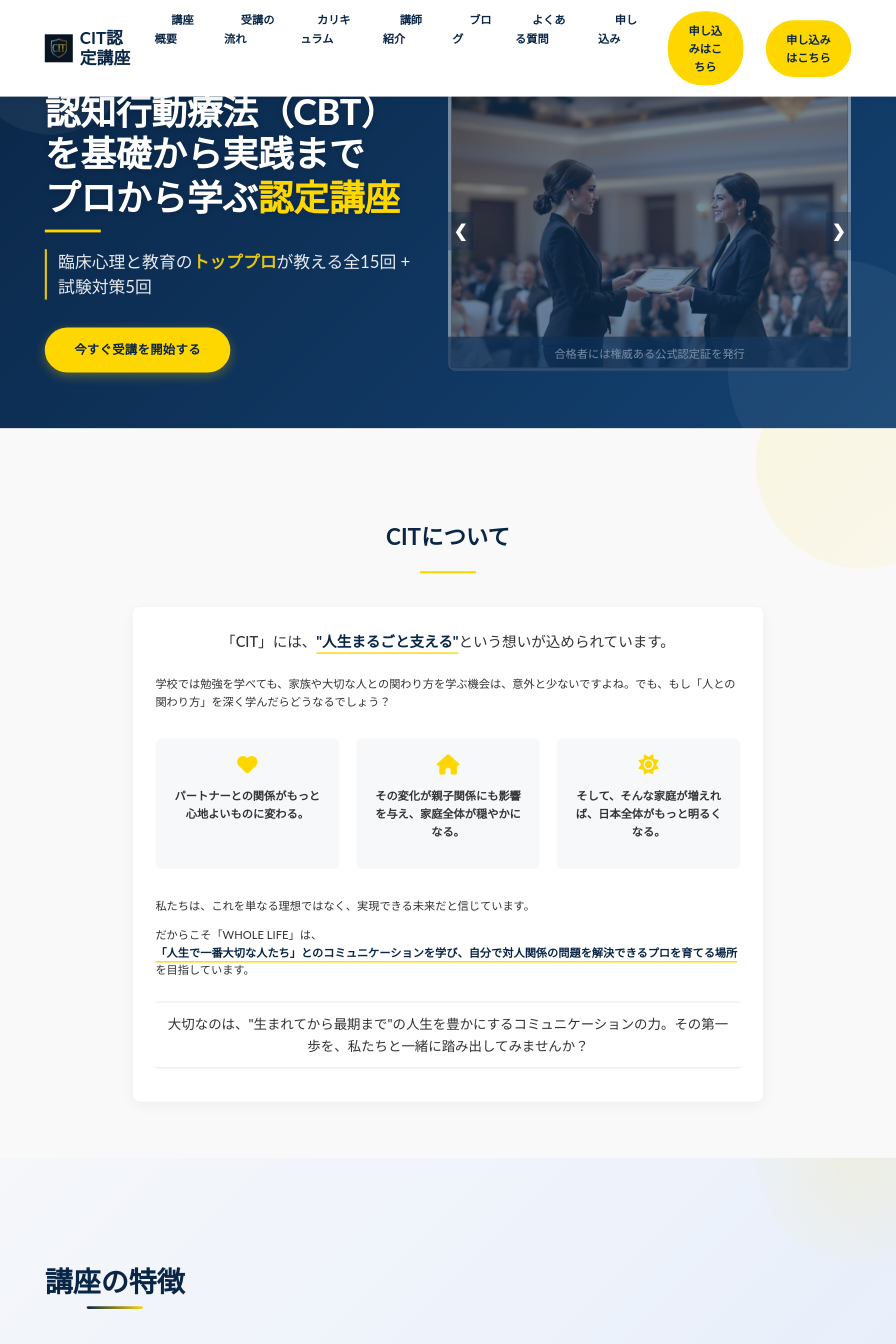
Repository: matsuki0821/-fuan-gata-kanpeki-shugi
Page: index.html
These files come from the project's save history. The page is drawn as it stood at one moment and after the next save; the edit follows.
The browser window is 1280 px wide. The pictures show the part of the page from y = 0 to 1920 px (the page is 9851 px tall before and 9239 px after), at 70% of full size.

Above is the page before, as saved 2025-03-16 21:55:32.

After the next save:
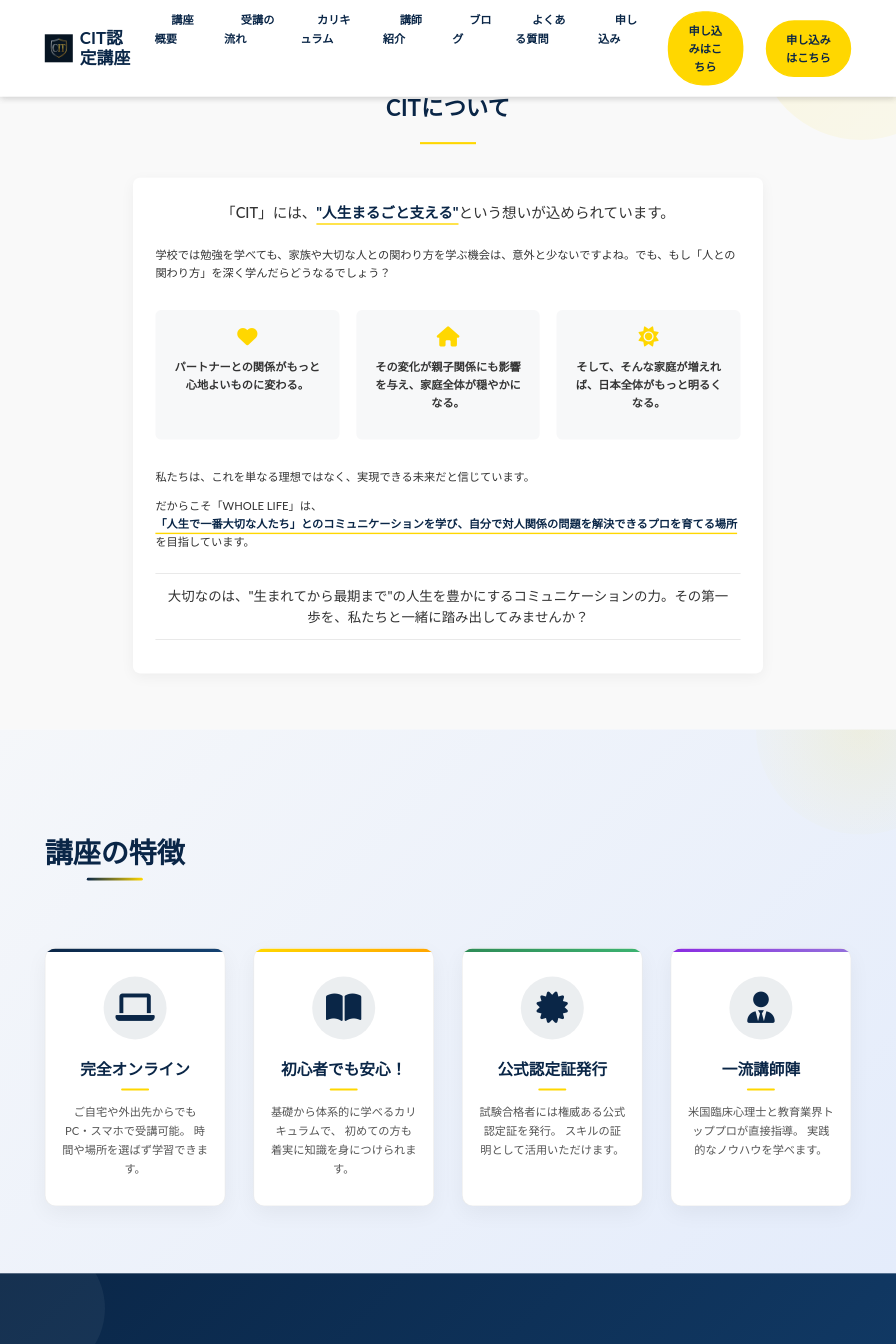
Saved 98 s later.
--- a/index.html
+++ b/index.html
@@ -115,48 +115,35 @@
     </header>
 
    <!-- ヒーローセクション -->
-<section class="hero" id="about">
-    <div class="container">
-        <div class="hero-content">
-            <div class="hero-text">
-                <h1>認知行動療法（CBT）を基礎から実践まで<br>プロから学ぶ<span class="hero-highlight">認定講座</span></h1>
-                <p class="hero-subtitle">臨床心理と教育の<span class="hero-highlight">トッププロ</span>が教える全15回 + 試験対策5回</p>
-                <div class="hero-cta">
-                    <a href="#pricing" class="hero-btn hero-btn-primary">今すぐ受講を開始する</a>
-                </div>
-            </div>
-
-            <div class="hero-image">
-                <div class="slideshow-container">
-                    <div class="slide fade">
-                        <img src="/images/slide1.jpg" alt="プロフェッショナルな講師による講義" class="slide-image">
-                        <div class="slide-caption">プロフェッショナルな講師陣による質の高い講義</div>
-                    </div>
-
-                    <div class="slide fade">
-                        <img src="/images/slide2.jpg" alt="認定証の授与" class="slide-image">
-                        <div class="slide-caption">合格者には権威ある公式認定証を発行</div>
-                    </div>
-
-                    <div class="slide fade">
-                        <img src="/images/slide3.jpg" alt="オンライン学習の様子" class="slide-image">
-                        <div class="slide-caption">自宅からでも快適に学べる完全オンライン形式</div>
-                    </div>
-
-                    <a class="prev" onclick="plusSlides(-1)">&#10094;</a>
-                    <a class="next" onclick="plusSlides(1)">&#10095;</a>
-
-                </div>
-
-                <div class="dots-container">
-                    <span class="dot" onclick="currentSlide(1)"></span>
-                    <span class="dot" onclick="currentSlide(2)"></span>
-                    <span class="dot" onclick="currentSlide(3)"></span>
-                </div>
-            </div>
+   <header>
+    <div class="header-container container">
+        <div class="logo">
+            <img src="images/logo.png" alt="CIT講座ロゴ">
+            <h1>CIT認定講座</h1>
+        </div>
+
+        <div class="menu-toggle" id="menu-toggle" aria-expanded="false" aria-label="メニューを開く">
+            <i class="fas fa-bars"></i>
+        </div>
+
+        <nav>
+            <ul id="menu" aria-hidden="true">
+                <li><a href="#about">講座概要</a></li>
+                <li><a href="#process">受講の流れ</a></li>
+                <li><a href="#curriculum">カリキュラム</a></li>
+                <li><a href="#instructors">講師紹介</a></li>
+                <li><a href="#blog">ブログ</a></li>
+                <li><a href="#faq">よくある質問</a></li>
+                <li><a href="#pricing">申し込み</a></li>
+                <li class="mobile-cta"><a href="#pricing" class="btn btn-primary">申し込みはこちら</a></li>
+            </ul>
+        </nav>
+
+        <div class="cta-header">
+            <a href="#pricing" class="btn btn-primary">申し込みはこちら</a>
         </div>
     </div>
-</section>
+</header>
 
     <!-- CITについて -->
     <section class="about-cit">
